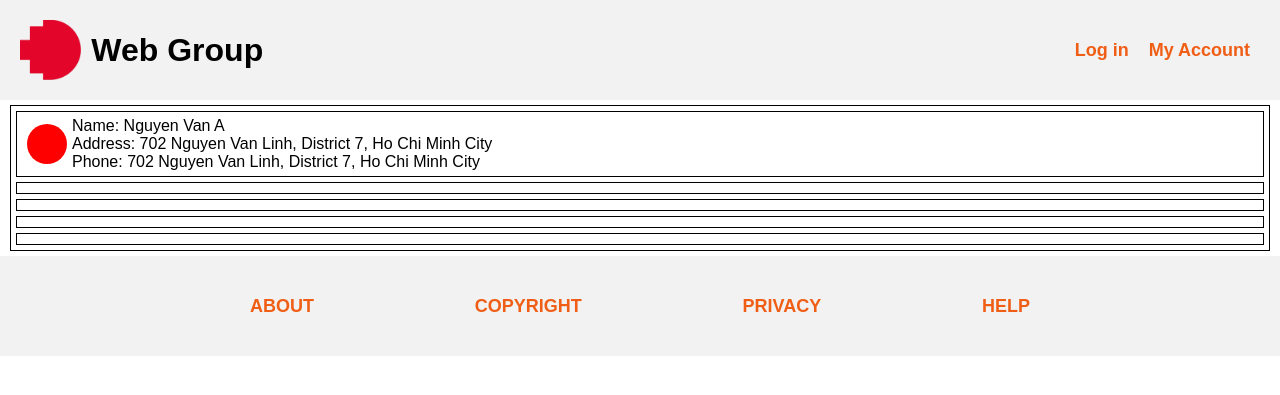
Repository: quynguyn/shoopingweb
Page: shipper.html
These files come from the project's save history. The page is drawn as it stood at one moment and after the next save; the edit follows.
The browser window is 1280 px wide. The pictures show the whole page.

Above is the page before, as saved 2023-05-04 15:09:13.

After the next save:
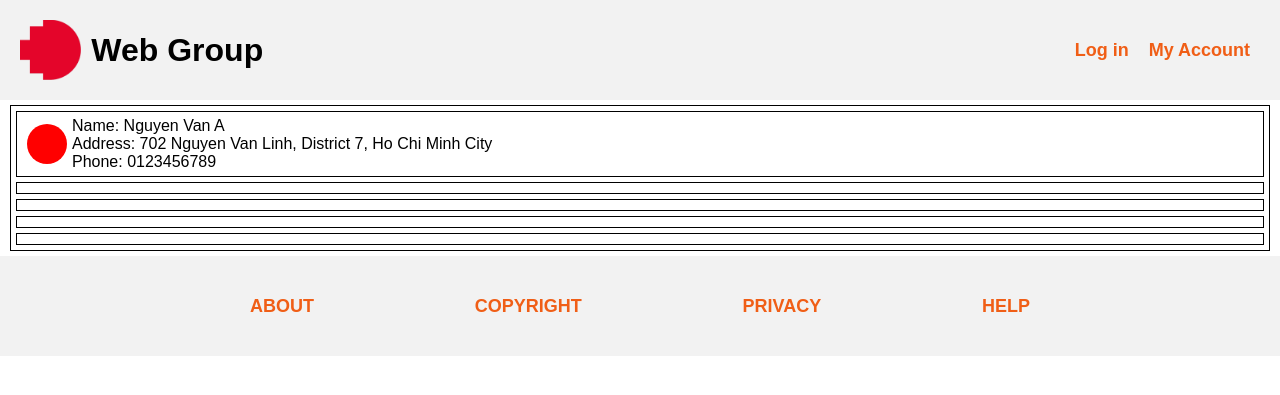
Saved 8 s later.
--- a/shipper.html
+++ b/shipper.html
@@ -46,7 +46,7 @@
 
 					<div class="information">
 						<pre>Phone: </pre>
-						<p class="name">702 Nguyen Van Linh, District 7, Ho Chi Minh City</p>
+						<p class="name">0123456789</p>
 					</div>
 				</div>
 			</div>
